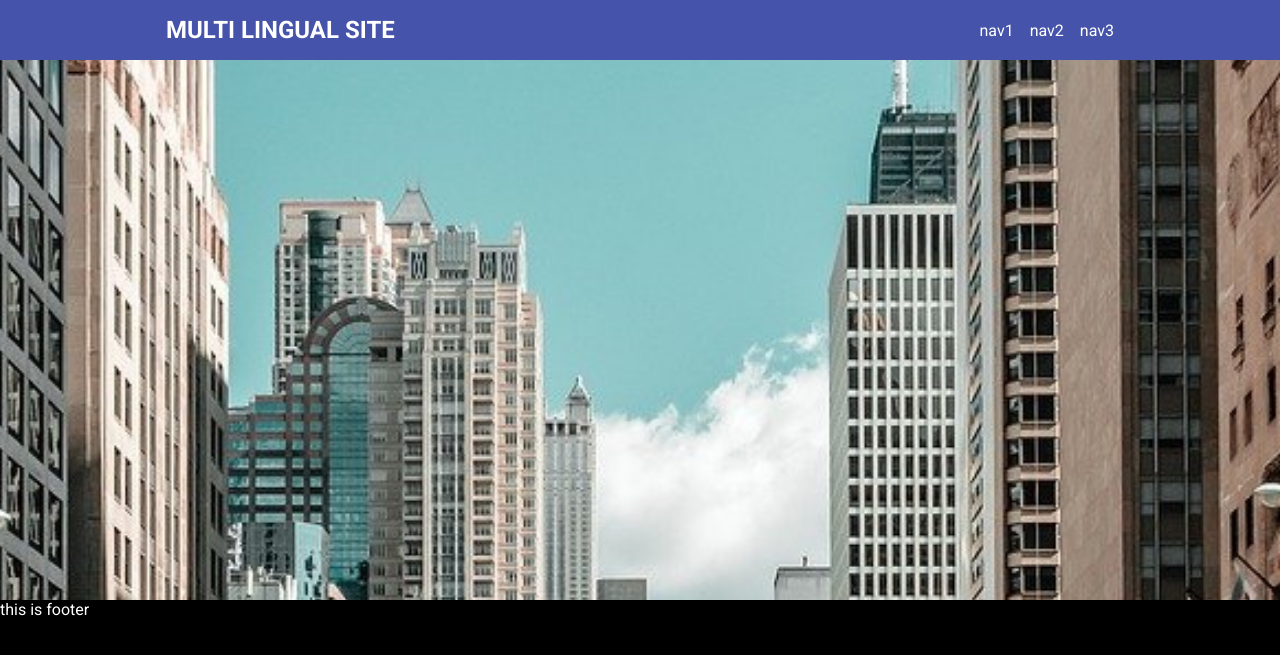
Repository: ksbsh27/multi_lingual
Page: index.html
The author's editor kept a copy of each file at every save. The page is drawn from the files as they stood at one save, then again after a run of saves.
The browser window is 1280 px wide. The pictures show the whole page.
The style sheet was rebuilt from its Sass, Less or Tailwind sources for each picture, by a compiler version that may differ from the author's.

Above is the page before, as saved 2022-03-31 23:16:37.

After the next 2 saves:
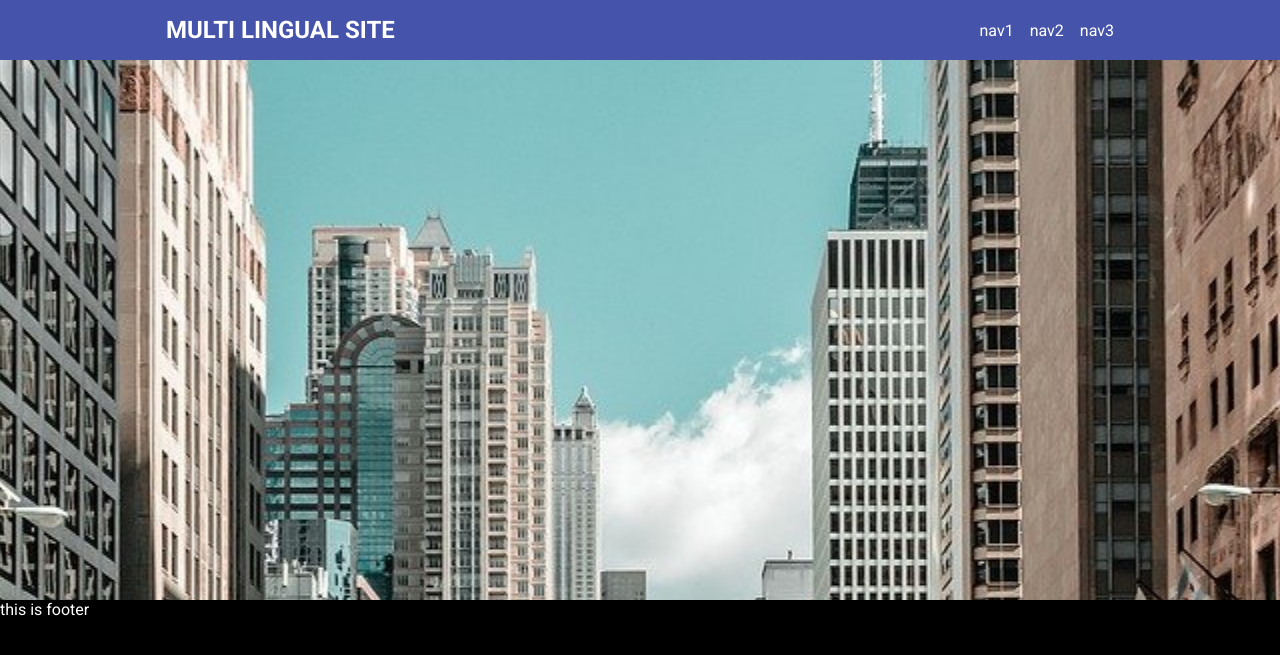
The 2 saves are shown as one change because they came seconds apart.
The last was saved 33 s later.
--- a/sass/style.scss
+++ b/sass/style.scss
@@ -31,13 +31,13 @@
       left: 0;
       opacity: 0;
       transition: 2s ease-in-out;
-      transform: scale(2);
+      transform: scale(2.2);
       // transform:scaleY(20px);
       z-index: 3;
       &.show{
         opacity: 1;
         z-index: 3;
-        transform: scale(2.2);
+        transform: scale(2.0);
 
       }
     }
